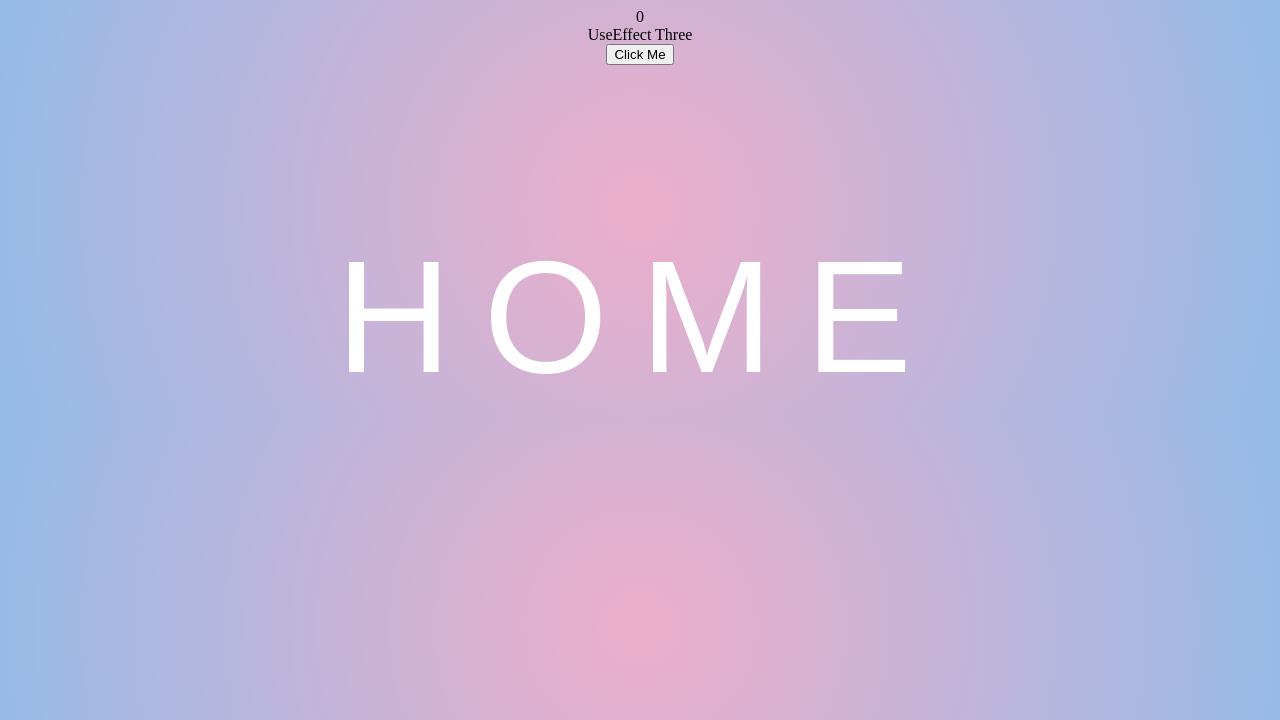
Repository: juliet-jskim/week-8-useEffect-carousel
Page: /useEffectThree
These files come from the project's save history. The page is drawn as it stood at one moment and after the next save; the edit follows.
The browser window is 1280 px wide. The pictures show the whole page.
The project was rebuilt for these pictures with package versions that can differ from the ones it lists, and the page was loaded fresh each time. The framework's server and built-in components were replaced by stand-ins that run in the browser. Also part of the build but not shown: next.config.js.

Above is the page before, as saved 2023-02-20 23:10:12.

### pages/useEffectThree.js
import { useEffect, useState } from "react"
import Link from "next/link";
import styles from "@/styles/UseEffectThree.module.css"


export default function UseEffectThree() {
    const [number, setNumber] = useState(0);

    const [value, setValue] = useState(-10);

    useEffect(()=> {
        setValue(value + 10)
    }, [number])

    return(
        <>
        <main className={styles.main_container}>
            <div className={styles.home_link}>
                <Link  style={{ textDecoration: 'none',  color: 'white' }} href="/">Home</Link>
            </div>

            <div>
                <button onClick={() => setNumber(number +1)}>Click Me</button>
            </div>
            <div>
                UseEffect Three
            </div>
            <div>
                {value}
            </div>
        </main>

        </>
    )
}

### styles/globals.css
:root {
  /** add colors you want to add to all the pages here**/
  background: rgb(238,174,202);
  background: radial-gradient(circle, rgba(238,174,202,1) 0%, rgba(148,187,233,1) 100%);

}

### styles/UseEffectThree.module.css
.main_container{
    display: flex;
    flex-direction: column-reverse;
    justify-content: center;
    align-items: center;


}

.home_link{
    font-size: 10rem;
    text-transform: uppercase;
    font-family: Arial, Helvetica, sans-serif;
    writing-mode: horizontal-tb;
    letter-spacing: 2rem;
    margin-top: 10rem;
}

Loaded but not shown: pages/_app.js (common file); pages/_document.js (common file)

After the next save:
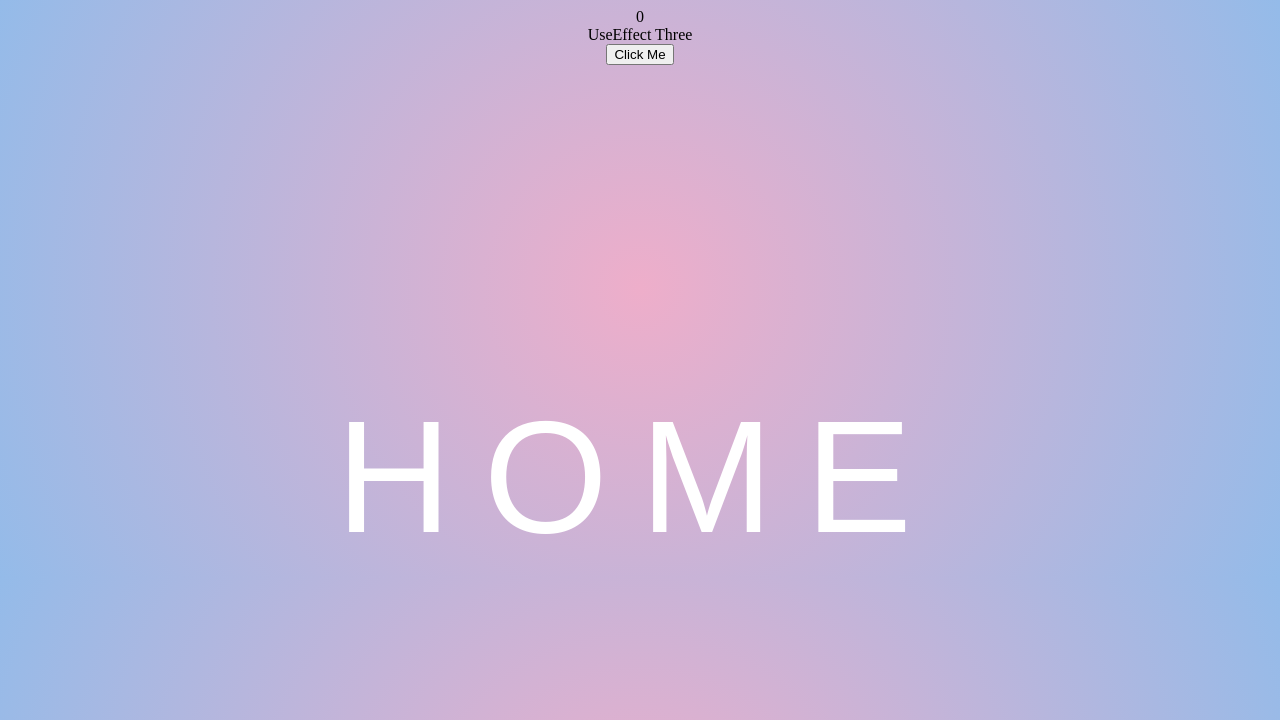
Saved 6 s later.
--- a/styles/UseEffectThree.module.css
+++ b/styles/UseEffectThree.module.css
@@ -13,5 +13,5 @@
     font-family: Arial, Helvetica, sans-serif;
     writing-mode: horizontal-tb;
     letter-spacing: 2rem;
-    margin-top: 10rem;
+    margin-top: 20rem;
 }
